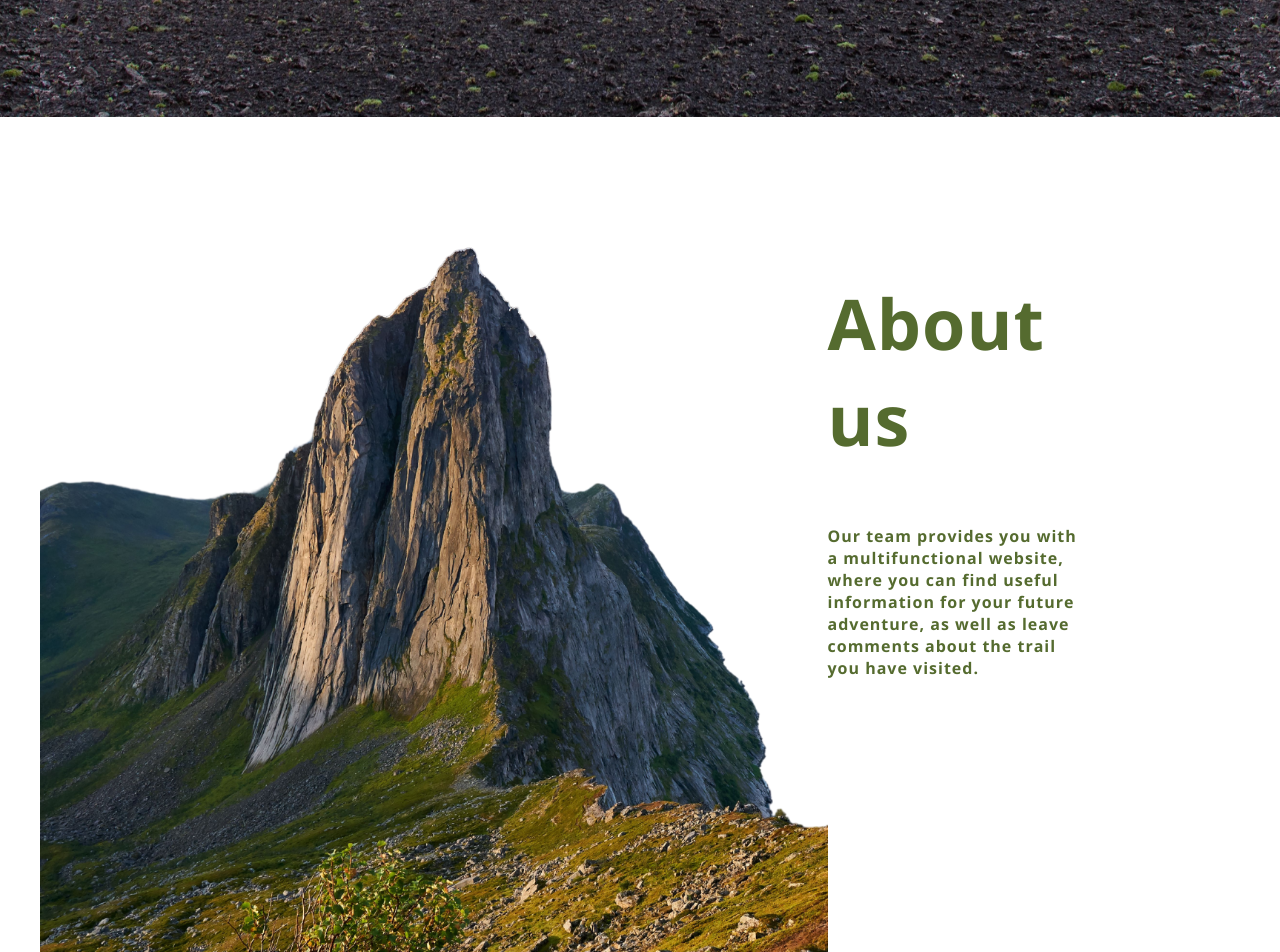
Repository: artembundin/travelrus.github.io
Page: index.html
These files come from the project's save history. The page is drawn as it stood at one moment and after the next save; the edit follows.
The browser window is 1280 px wide. The pictures show the part of the page from y = 2583 to 3535 px (the page is 4738 px tall).
A picture or video elsewhere on the page could not be fetched, so the positions and the page height are approximate. An inner scrolling area shows only its first screen. Backgrounds fixed to the window are drawn as part of the page. Some web fonts or font styles are not loaded; a fallback is used.

Above is the page before, as saved 2025-05-07 23:26:03.
Console error: TypeError: Cannot read properties of null (reading 'offsetTop')

After the next save:
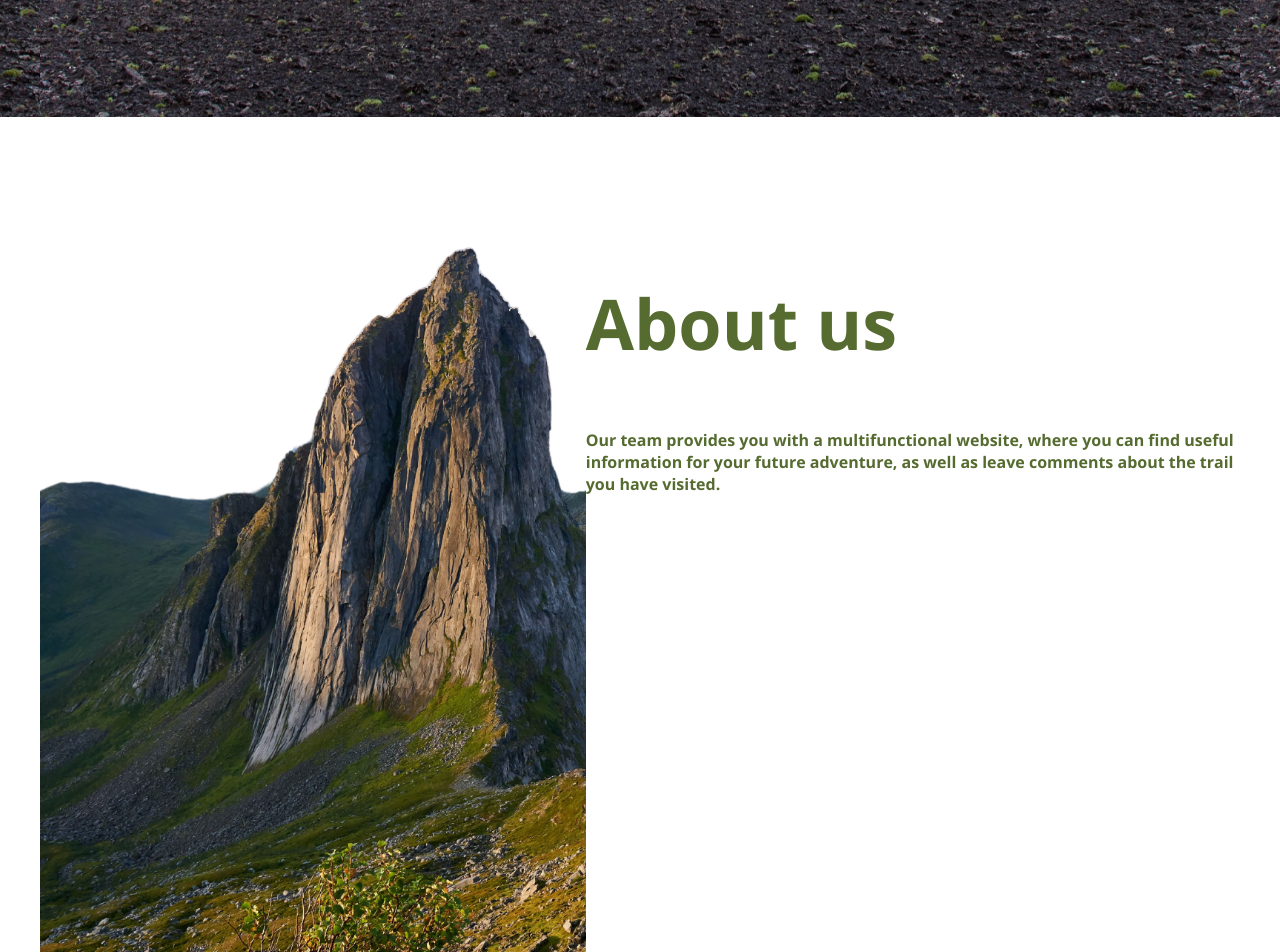
Saved 5 s later.
--- a/style.css
+++ b/style.css
@@ -412,7 +412,7 @@ a {
   height: 800px;
 }
 
-/@keyframes slideleft {
+/*@keyframes slideleft {
   from{
     transform: translateX(-100%);
     opacity: 0;

After the 2 saves that followed:
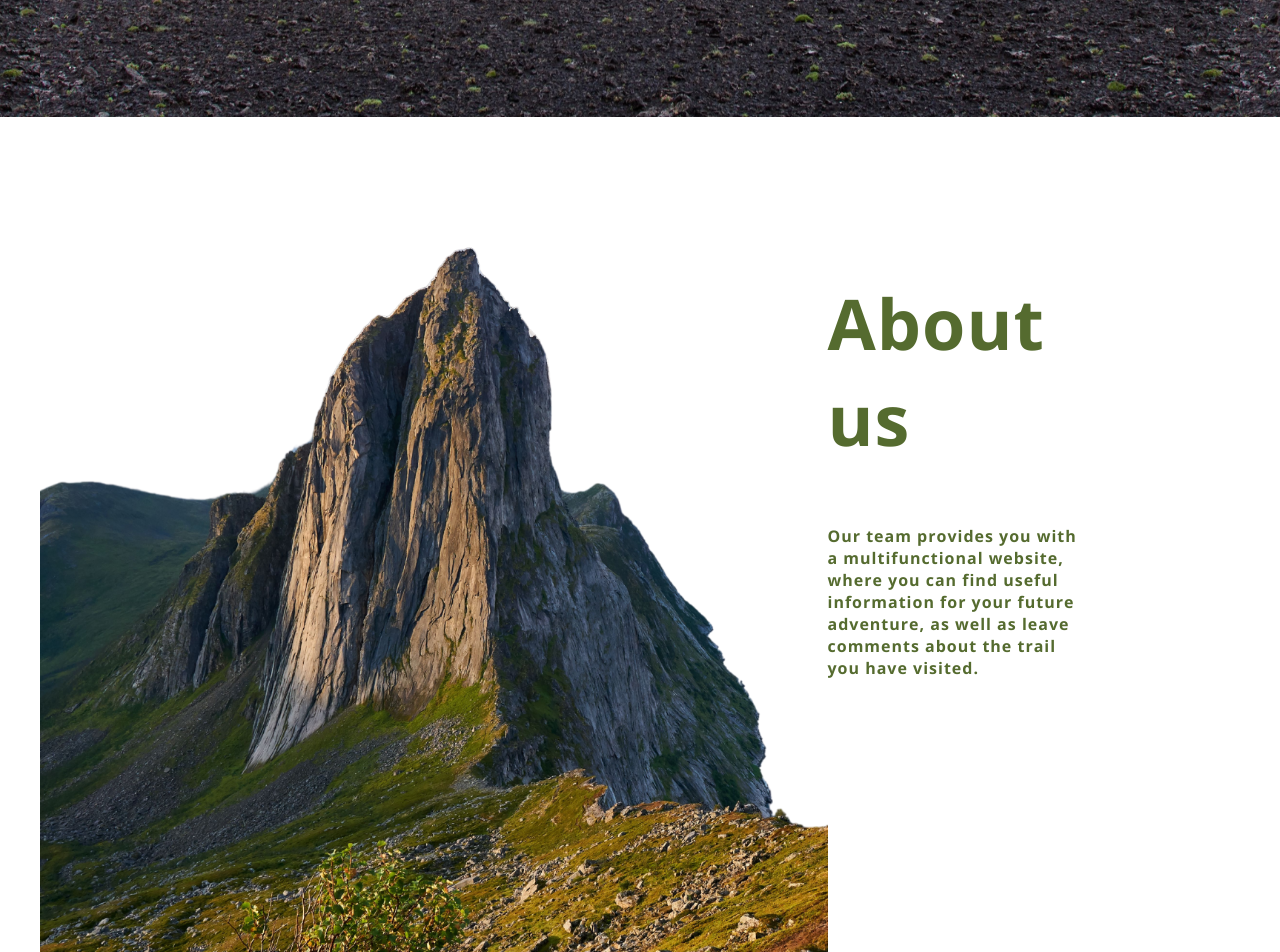
The 2 saves are shown as one change because they came seconds apart.
The last was saved 6 s later.
--- a/style.css
+++ b/style.css
@@ -428,7 +428,7 @@ a {
   animation-duration: 5s;
   animation-timing-function: linear forwards;
   animation-iteration-count: 1;
-}
+}*/
 
 .aboutus-text {
   width: 400px;
